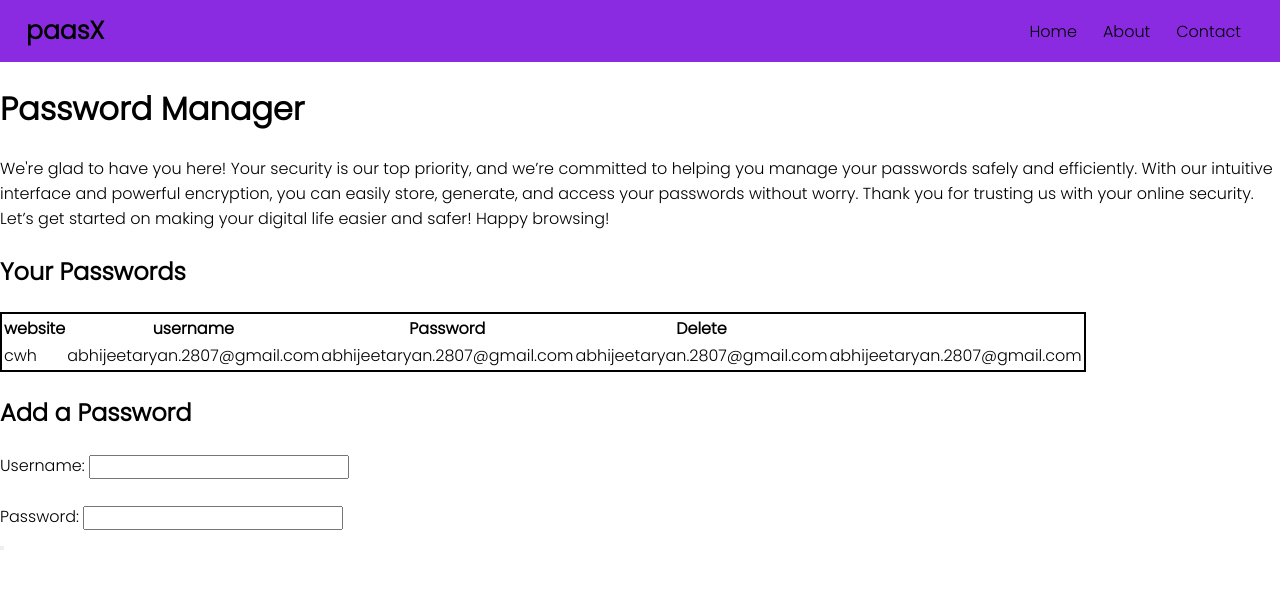
Repository: Abhi2807ar/PASSWORD-MANAGER
Page: index.html
These files come from the project's save history. The page is drawn as it stood at one moment and after the next save; the edit follows.
The browser window is 1280 px wide. The pictures show the whole page.

Above is the page before, as saved 2024-10-14 16:50:10.

After the next save:
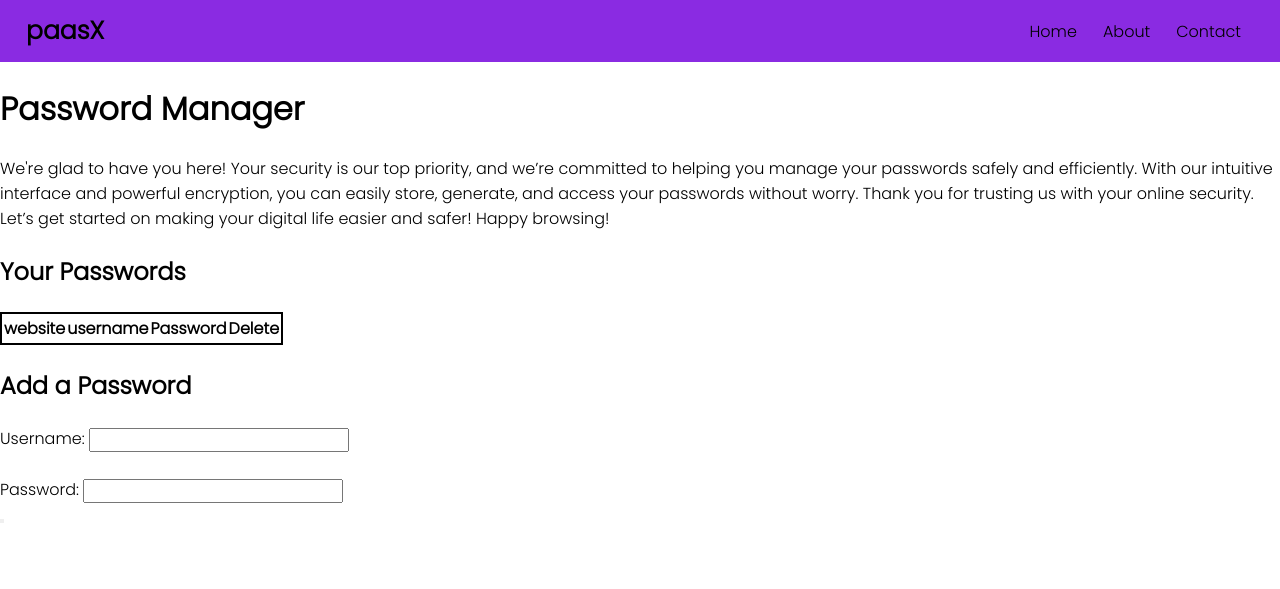
Saved 49 s later.
--- a/index.html
+++ b/index.html
@@ -35,15 +35,7 @@ Happy browsing!
               <th>Password</th>
               <th>Delete</th>
             </tr>
-            <tr>
-              <td>cwh</td>
-              <td>abhijeetaryan.2807@gmail.com</td>
-              <td>abhijeetaryan.2807@gmail.com</td>
-              <td>abhijeetaryan.2807@gmail.com</td>
-              <td>abhijeetaryan.2807@gmail.com</td>
 
-
-              </tr>
           </table>
         <h2>Add a Password</h2>
         <form action="/submit" method="post">
